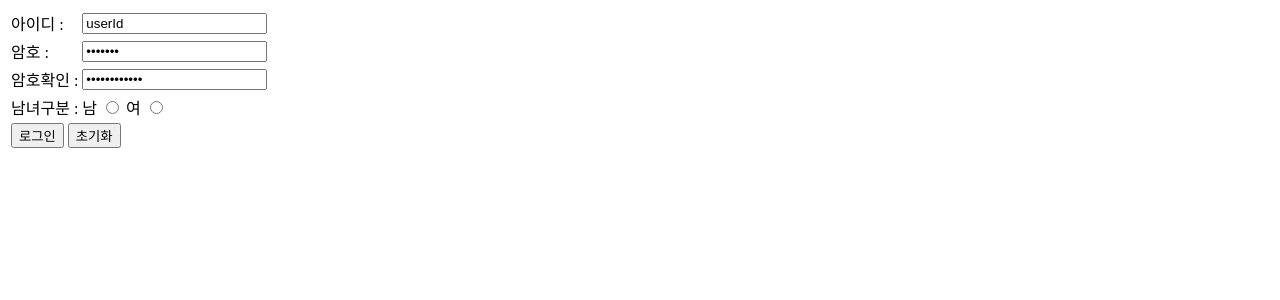
Repository: wo2jin/Sever
Page: Sever/TestWeb13/WebContent/login.html
These files come from the project's save history. The page is drawn as it stood at one moment and after the next save; the edit follows.
The browser window is 1280 px wide. The pictures show the whole page.

Above is the page before, as saved 2020-05-18 07:16:39.

After the next save:
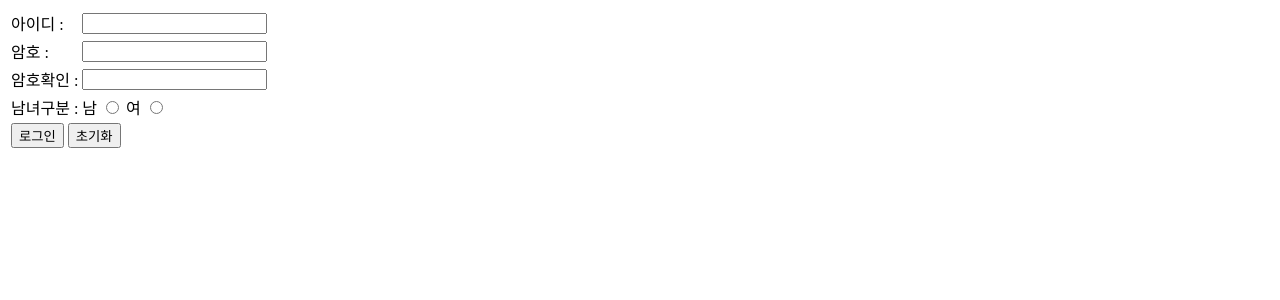
Saved 40 s later.
--- a/Sever/TestWeb13/WebContent/login.html
+++ b/Sever/TestWeb13/WebContent/login.html
@@ -9,21 +9,21 @@
 		<table border ="0">
 			<tr>
 				<td>아이디 :</td>
-				<td><input type = "text" name= "userId" value = "userId"></td>
+				<td><input type = "text" name= "userId" id = "userId"></td>
 			</tr>
 			<tr>
 				<td>암호 :</td>
-				<td><input type = "password" name= "userPwd" value = "userPwd"></td>
+				<td><input type = "password" name= "userPwd" id = "userPwd"></td>
 			</tr>
 			<tr>
 				<td>암호확인 :</td>
-				<td><input type = "password" name= "userPwdcheck" value = "userPwdcheck"></td>
+				<td><input type = "password" name= "userPwdcheck" id = "userPwdcheck"></td>
 			</tr>
 			<tr>
 				<td>남녀구분 :</td>
 				<td>
-				 남 <input type = "radio" name =  "gender" value= "male">
-				 여 <input type = "radio" name =  "gender" value= "female">
+				 남 <input type = "radio" name =  "gender" id= "male">
+				 여 <input type = "radio" name =  "gender" id= "female">
 				</td>
 			</tr>
 			<tr>
